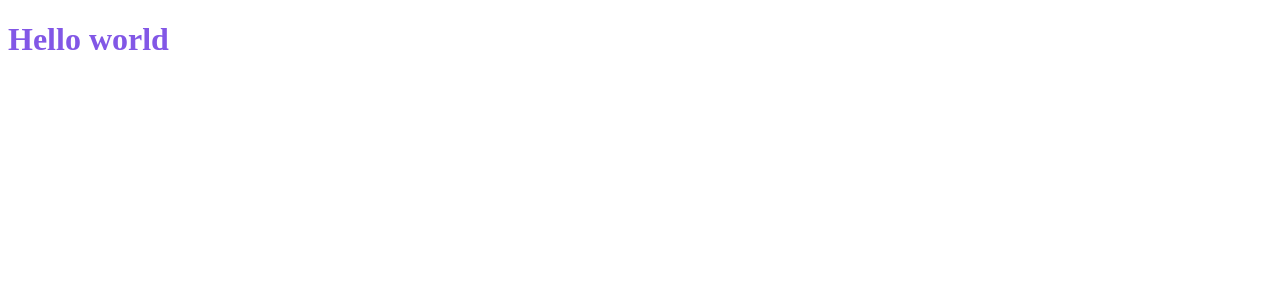
Repository: lucaslopesdevv/dtmoney
Page: /
The author's editor kept a copy of each file at every save. The page is drawn from the files as they stood at one save, then again after the next save.
The browser window is 1280 px wide. The pictures show the whole page.
The project was rebuilt for these pictures with package versions that can differ from the ones it lists, and the page was loaded fresh each time.

Above is the page before, as saved 2021-12-06 19:10:38.

After the next save:
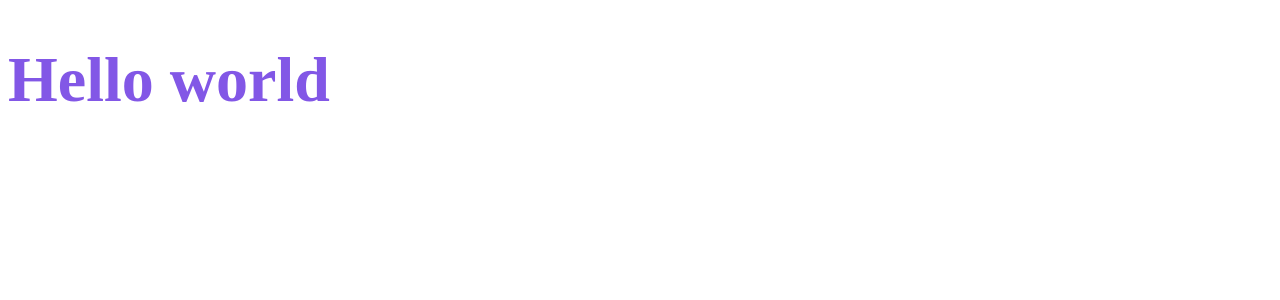
Saved 12 s later.
--- a/src/App.tsx
+++ b/src/App.tsx
@@ -1,6 +1,7 @@
 import styled from 'styled-components';
 
 const Title = styled.h1`
+font-size: 64px;
 color: #8257e6
 `
 
